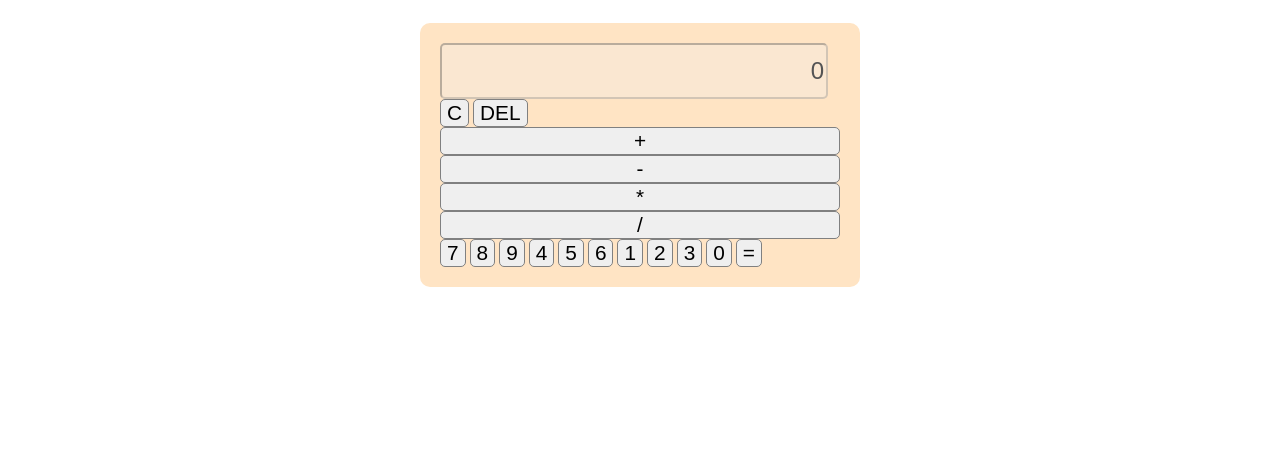
Repository: jaskeat/Calculator
Page: index.html
These files come from the project's save history. The page is drawn as it stood at one moment and after the next save; the edit follows.
The browser window is 1280 px wide. The pictures show the whole page.

Above is the page before, as saved 2024-09-05 09:15:09.

After the next save:
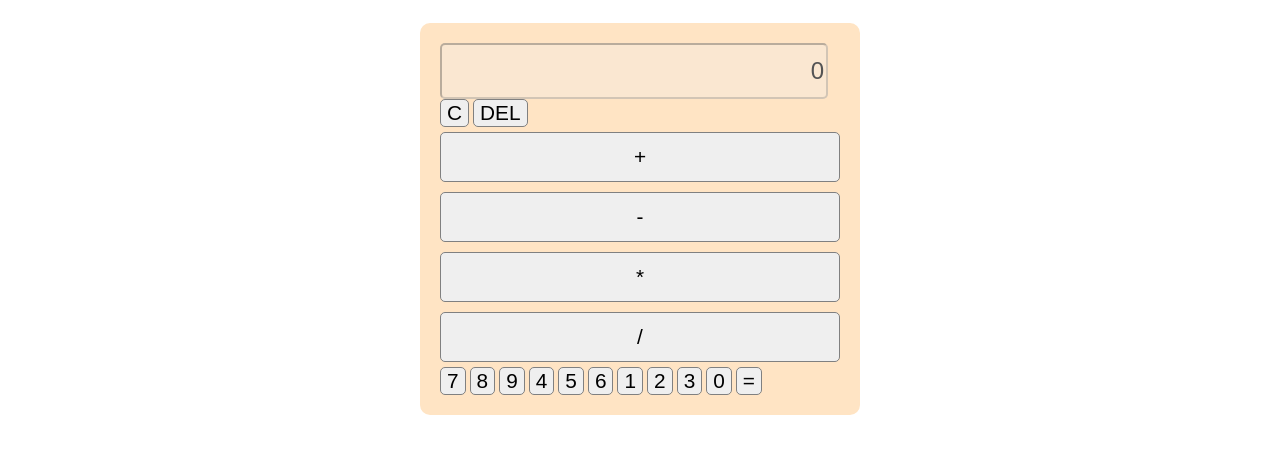
Saved 14 s later.
--- a/style.css
+++ b/style.css
@@ -33,3 +33,9 @@ input {
 	flex-direction: column;
 	width: auto;
 }
+
+.operators button {
+	width: auto;
+	height: 50px;
+	margin: 5px 0;
+}
